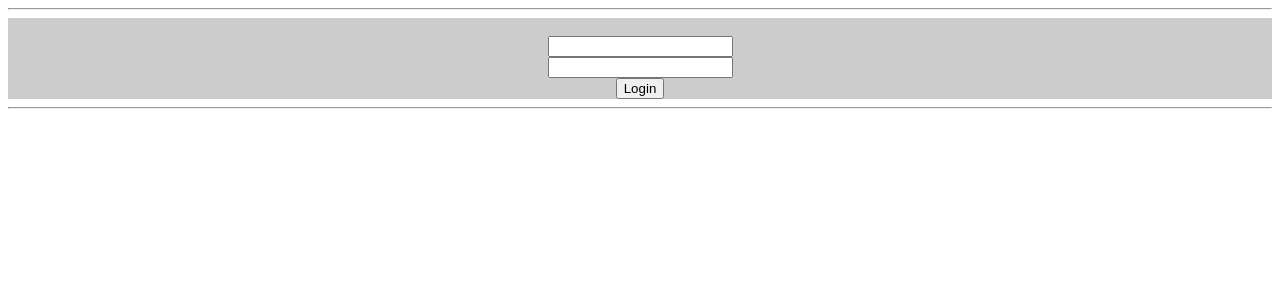
Repository: amirdt22/CT390_Project
Page: http://localhost/craig-project/
An editor plug-in stored every save of this project. The page is shown before and after the next save, followed by the edit.
The browser window is 1280 px wide. The pictures show the whole page.
The page is served by Tomcat 9.

Above is the page before, as saved 2012-04-22 12:48:09.

After the next save:
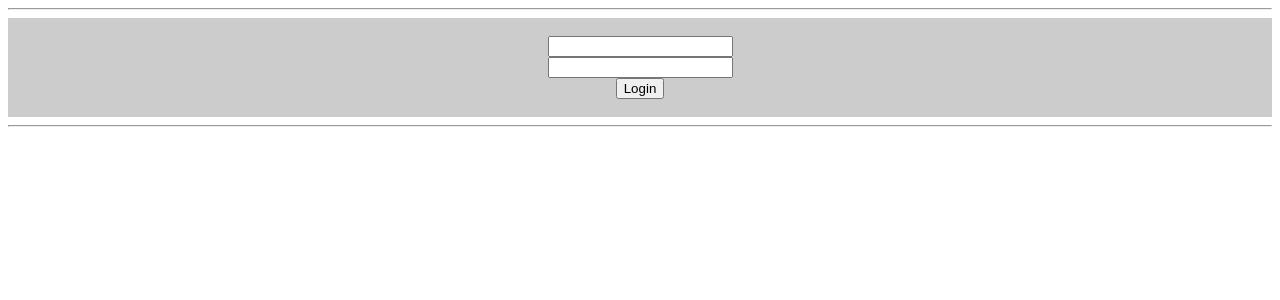
Saved 17 s later.
--- a/craig-project/WebContent/index.jsp
+++ b/craig-project/WebContent/index.jsp
@@ -12,7 +12,7 @@
 <form style="background-color: #CCCCCC" action="Login" method="POST"><br>
 	<input type="text" name="username" id="username"/><br>
 	<input type="password" name="password" id="password"/><br>
-	<input type="submit" value="Login" id="loginSubmit"/><br>
+	<input type="submit" value="Login" id="loginSubmit"/><br><br>
 </form>
 <hr>
 </center>
